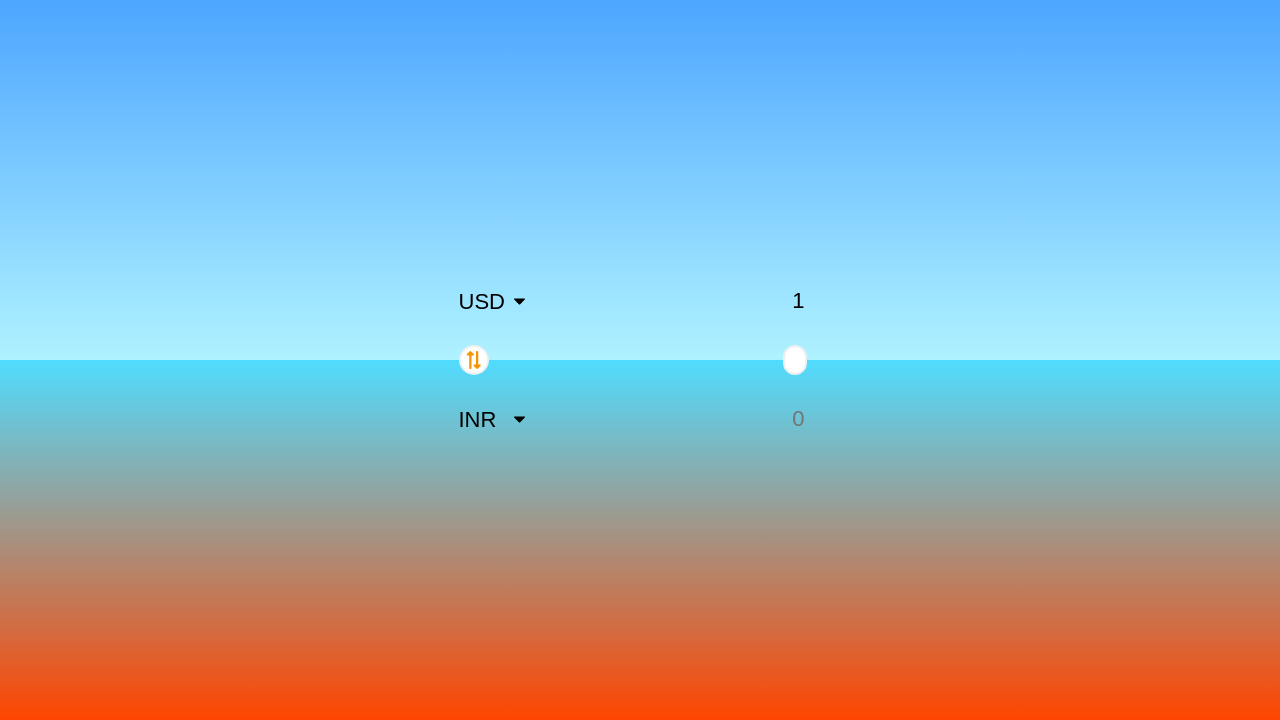
Repository: Sp4ngl3r/Currency-Converter
Page: currency.html
An editor plug-in stored every save of this project. The page is shown before and after the next save, followed by the edit.
The browser window is 1280 px wide. The pictures show the whole page.
Some web fonts or font styles are not loaded; a fallback is used. Some web libraries are served in a nearby version.

Above is the page before, as saved 2020-04-18 18:26:48.
Console error: TypeError: Cannot read properties of null (reading 'addEventListener')

After the next save:
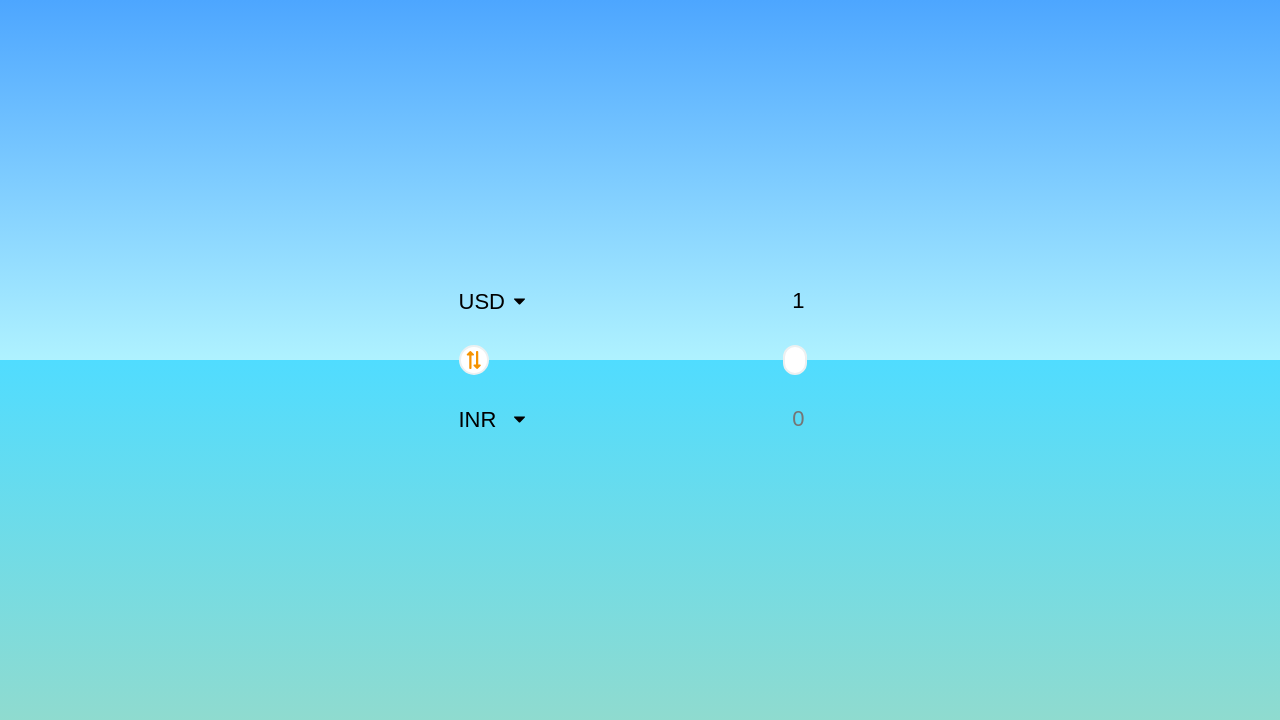
Saved 26 s later.
--- a/currency.css
+++ b/currency.css
@@ -8,7 +8,7 @@ body {
     #4da6ff 0%,
     #aff2ff 50%,
     #50dcff 50%,
-    #ff4500 100%
+    #8fdbcf 100%
   );
   font-family: "Muli", sans-serif;
   display: flex;
